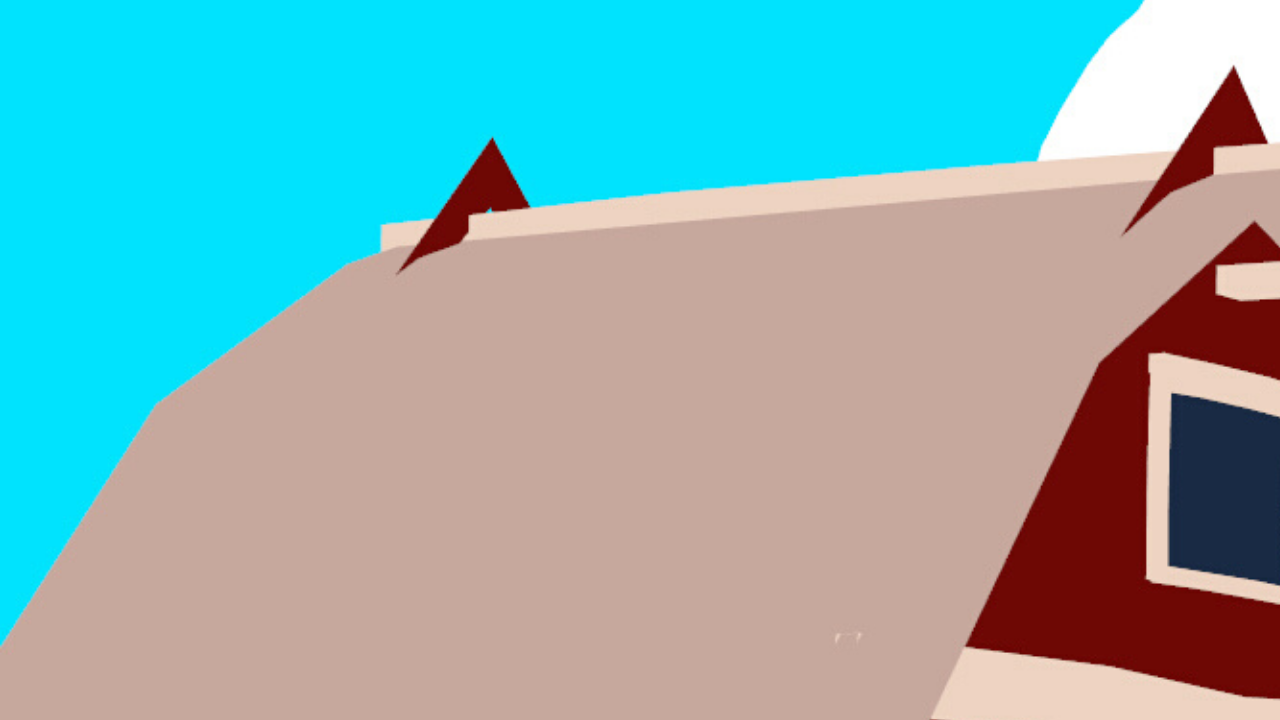
Repository: rumor1993/DreamCoding-Browser101
Page: Chapter07/index.html
The author's editor kept a copy of each file at every save. The page is drawn from the files as they stood at one save, then again after a run of saves.
The browser window is 1280 px wide. The pictures show the whole page.

Above is the page before, as saved 2021-01-01 01:40:21.

### Chapter07/index.html
<!DOCTYPE html>
<html lang="en">
  <head>
    <meta charset="UTF-8" />
    <meta name="viewport" content="width=device-width, initial-scale=1.0" />
    <title>Document</title>
    <style>
      body {
        width: 100%;
        height: 100%;
        background-image: url("carrot/img/background.png");
      }
    </style>
  </head>
  <body>
    <div class="stop"></div>
    <div class="timer"></div>
    <div class="carrot-count"></div>
    <div class="carrot"></div>
    <div class="bug"></div>
  </body>
</html>

After the next 2 saves:
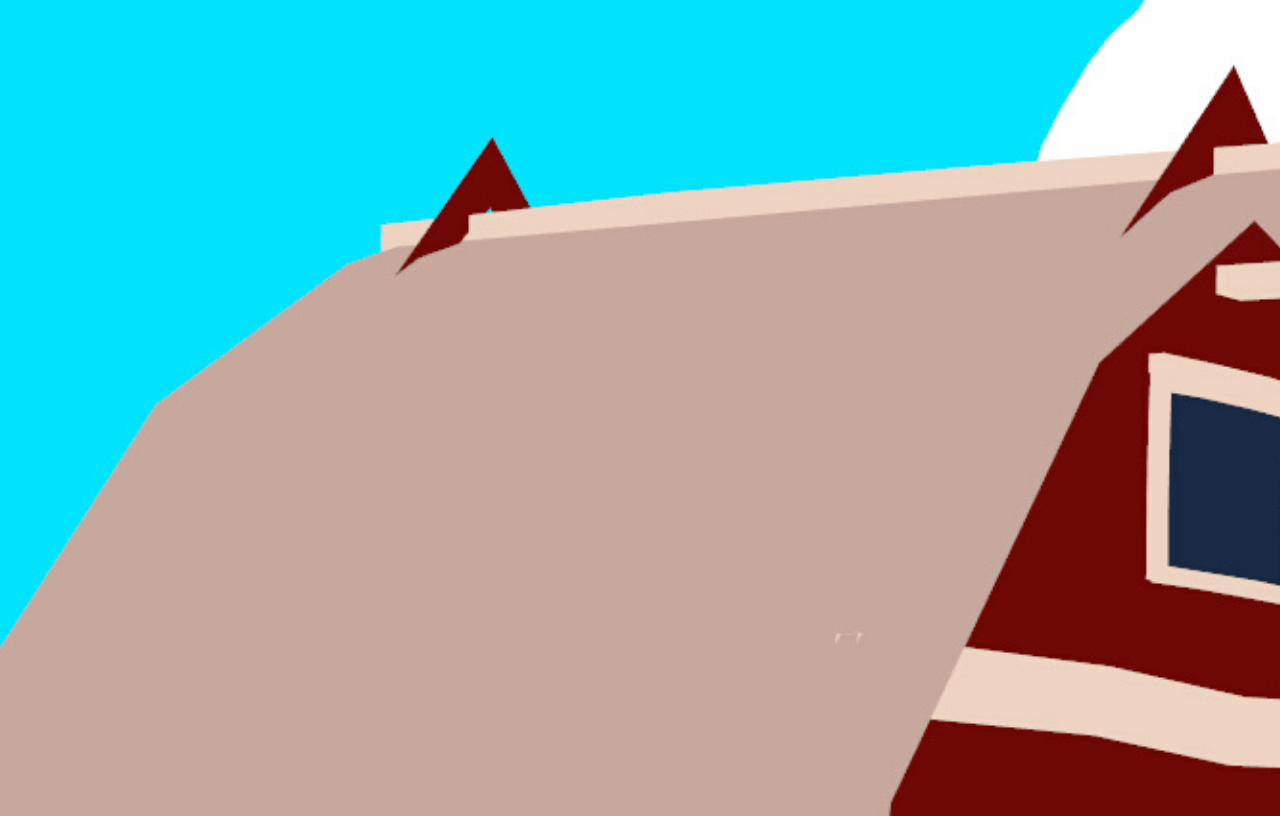
The 2 saves are shown as one change because they came seconds apart.
The last was saved 18 s later.
--- a/Chapter07/index.html
+++ b/Chapter07/index.html
@@ -6,8 +6,8 @@
     <title>Document</title>
     <style>
       body {
-        width: 100%;
-        height: 100%;
+        width: 1000px;
+        height: 800px;
         background-image: url("carrot/img/background.png");
       }
     </style>

After the save that followed:
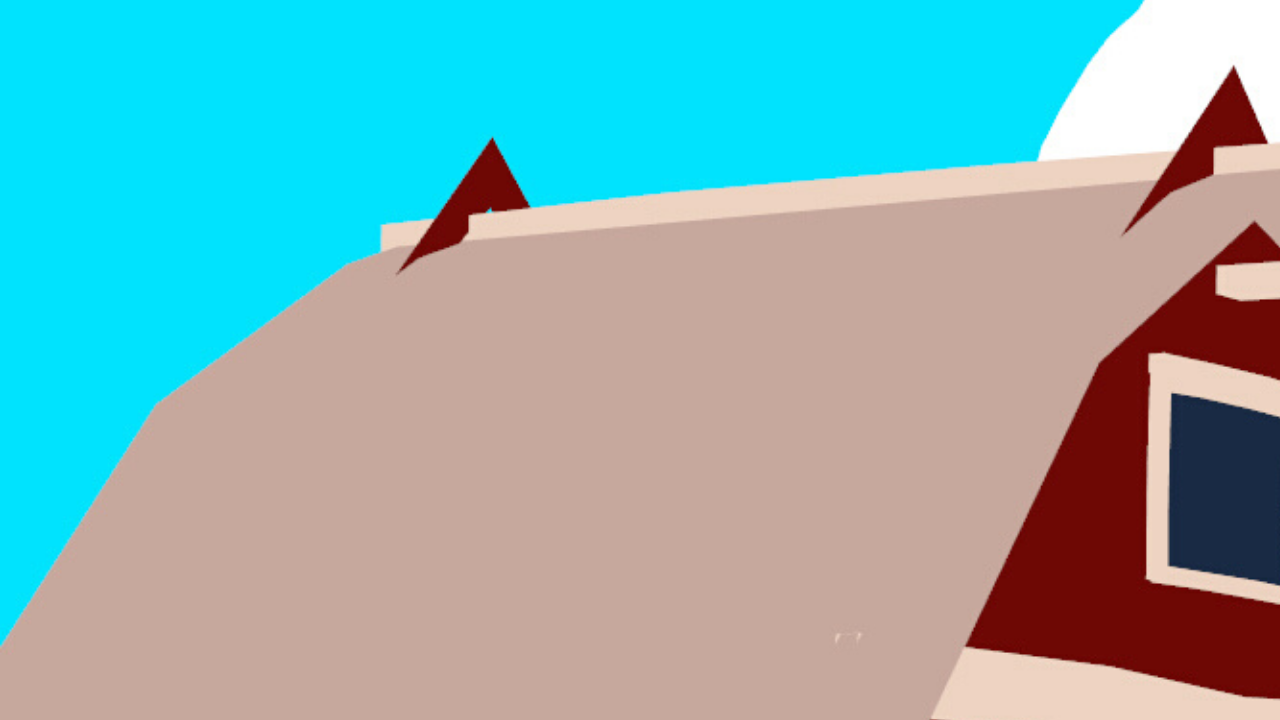
Saved 52 s later.
--- a/Chapter07/index.html
+++ b/Chapter07/index.html
@@ -6,8 +6,8 @@
     <title>Document</title>
     <style>
       body {
-        width: 1000px;
-        height: 800px;
+        width: 100;
+        height: 200px;
         background-image: url("carrot/img/background.png");
       }
     </style>
